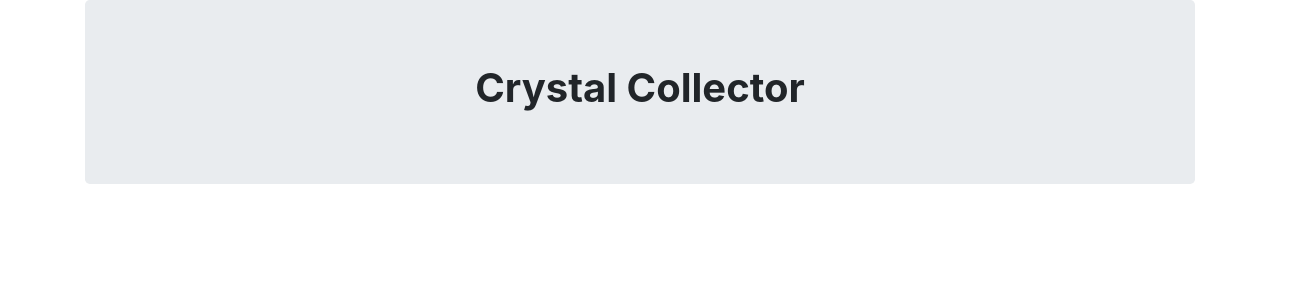
Repository: mikecherry1/week-4-game
Page: index.html
The author's editor kept a copy of each file at every save. The page is drawn from the files as they stood at one save, then again after the next save.
The browser window is 1280 px wide. The page is 1280 px wide, then 1295 px, so the pictures cover 1295 px, including what lies to the right of the window. The pictures show the whole page.
Some web libraries are served in a nearby version.

Above is the page before, as saved 2017-11-19 17:55:31.

### index.html
<!doctype html>
<html lang="en">
  <head>
    <title>Crystal Collector</title>
    <!-- Required meta tags -->
    <meta charset="utf-8">
    <meta name="viewport" content="width=device-width, initial-scale=1, shrink-to-fit=no">

    <!-- Bootstrap CSS -->
    <link rel="stylesheet" href="https://maxcdn.bootstrapcdn.com/bootstrap/4.0.0-beta.2/css/bootstrap.min.css" integrity="sha384-PsH8R72JQ3SOdhVi3uxftmaW6Vc51MKb0q5P2rRUpPvrszuE4W1povHYgTpBfshb" crossorigin="anonymous">
  </head>
  <body>

    <div class="container">

        <div class="jumbotron" style "color: purple;">
        <div class="container">
            <h1 class="text-center"><strong>Crystal Collector</strong></h1>
        </div>
    </div>

    <div class="row">

        <div class="col-lg-12">


            <div class="panel panel-primary">
                <div class="panel-heading">
                    <h3 class="panel-title"<Instructions></h3>
                </div>
                <div class="panel-body">

            </div>


        </div>

    </div>



    </div>



    <!-- Optional JavaScript -->
    <!-- jQuery first, then Popper.js, then Bootstrap JS -->
    <script src="https://code.jquery.com/jquery-3.2.1.slim.min.js" integrity="sha384-KJ3o2DKtIkvYIK3UENzmM7KCkRr/rE9/Qpg6aAZGJwFDMVNA/GpGFF93hXpG5KkN" crossorigin="anonymous"></script>
    <script src="https://cdnjs.cloudflare.com/ajax/libs/popper.js/1.12.3/umd/popper.min.js" integrity="sha384-vFJXuSJphROIrBnz7yo7oB41mKfc8JzQZiCq4NCceLEaO4IHwicKwpJf9c9IpFgh" crossorigin="anonymous"></script>
    <script src="https://maxcdn.bootstrapcdn.com/bootstrap/4.0.0-beta.2/js/bootstrap.min.js" integrity="sha384-alpBpkh1PFOepccYVYDB4do5UnbKysX5WZXm3XxPqe5iKTfUKjNkCk9SaVuEZflJ" crossorigin="anonymous"></script>
  </body>
</html>

After the next save:
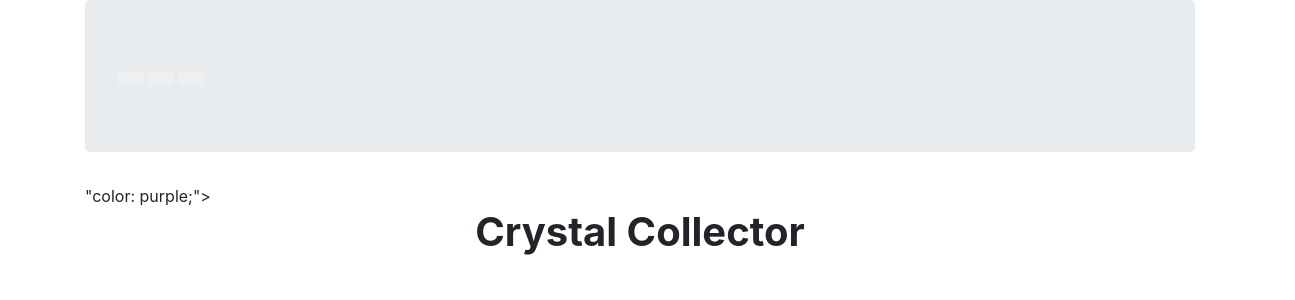
Saved 109 s later.
--- a/index.html
+++ b/index.html
@@ -13,7 +13,11 @@
 
     <div class="container">
 
-        <div class="jumbotron" style "color: purple;">
+        <div class="jumbotron" <div class="btn-group" role="group" aria-label="">
+            <button type="button" class="btn btn-primary|secondary|success|danger|warning|info|light|dark|link"></button>
+            <button type="button" class="btn btn-primary|secondary|success|danger|warning|info|light|dark|link"></button>
+            <button type="button" class="btn btn-primary|secondary|success|danger|warning|info|light|dark|link"></button>
+        </div> "color: purple;">
         <div class="container">
             <h1 class="text-center"><strong>Crystal Collector</strong></h1>
         </div>
